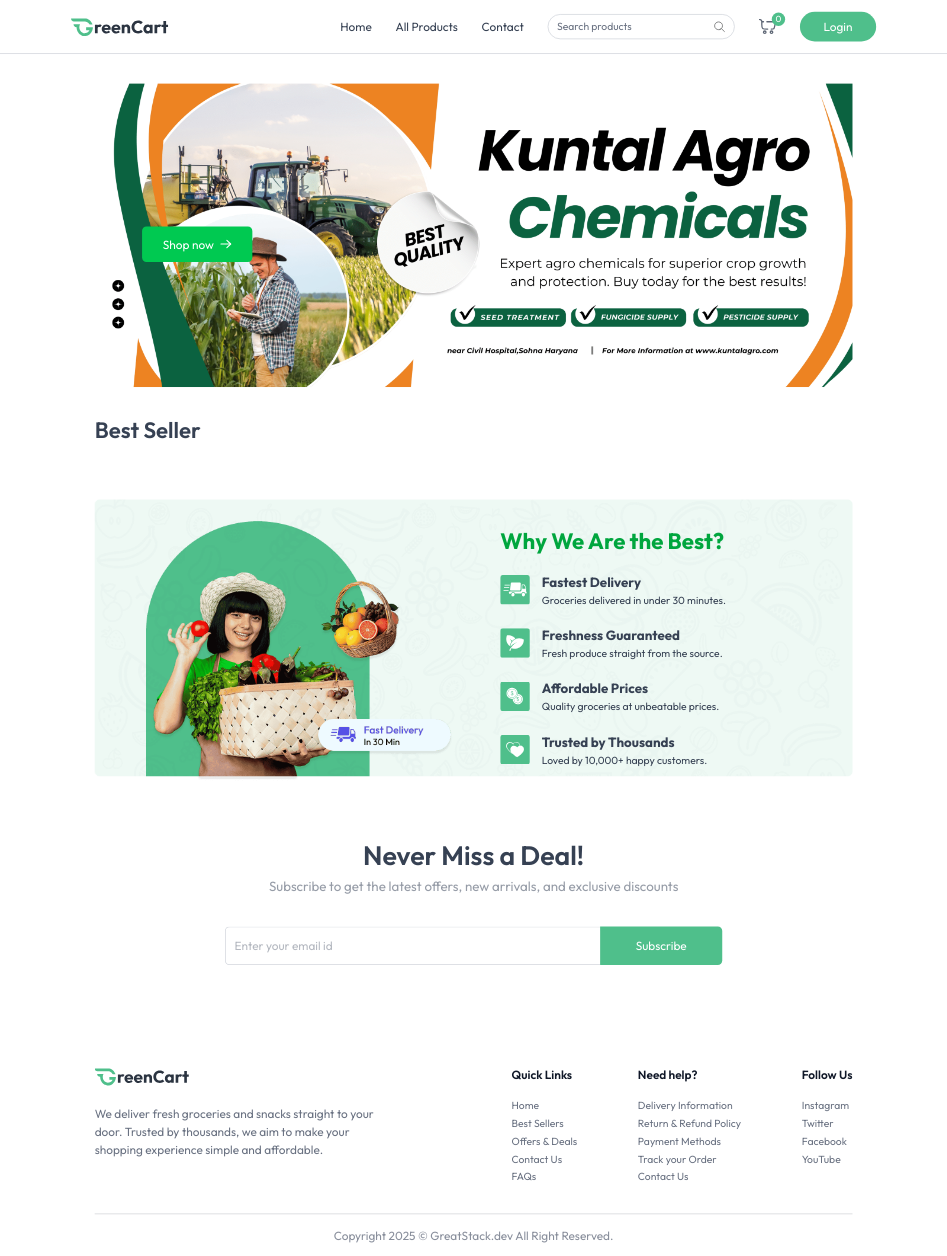
Repository: deepak445566/agro
Page: / (app in client/)
An editor plug-in stored every save of this project. The page is shown before and after a run of saves, followed by the edit.
The browser window is 1280 px wide. The pictures show the whole page, at 74% of full size.
The page's requests for data from a server got no answer. Some web fonts or font styles are not loaded; a fallback is used. The project was rebuilt for these pictures with package versions that can differ from the ones it lists, and the page was loaded fresh each time. No one was signed in, and anything a server would have sent is missing. Also part of the build but not shown: client/vite.config.js, client/src/components/ProductCard.jsx, client/src/components/Login.jsx, client/src/pages/AllProduct.jsx, client/src/pages/Productcato.jsx, client/src/pages/ProductDetail.jsx, client/src/pages/Cart.jsx, client/src/components/Addaddress.jsx and 7 more.

Above is the page before, as saved 2025-12-14 14:22:44.

After the next 3 saves:
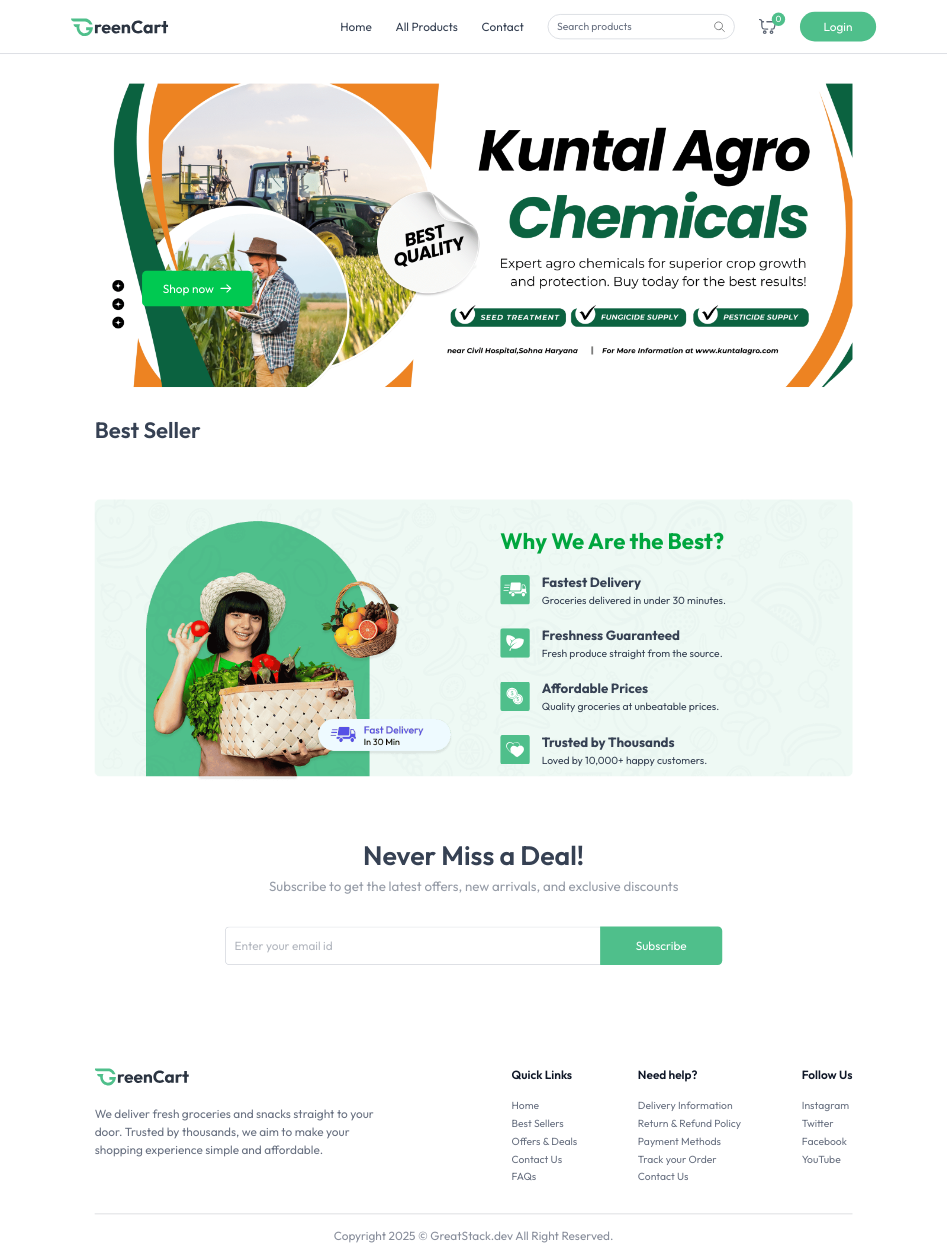
The 3 saves are shown as one change because they came seconds apart.
The last was saved 10 s later.
--- a/client/src/components/MainBanner.jsx
+++ b/client/src/components/MainBanner.jsx
@@ -18,11 +18,11 @@
       />
 
       {/* Overlay content */}
-      <div className="absolute inset-0 flex flex-col justify-center align-bottom md:items-start items-center px-6 md:px-16 mt-96 lg:mt-0 md:mt-0">
+      <div className="absolute inset-0 flex flex-col justify-center md:items-start items-center px-6 md:px-16 mt-96 lg:mt-0 md:mt-0">
 
 
         {/* Buttons */}
-        <div className="mt-6 flex flex-col md:flex-row items-center  md:justify-start gap-4">
+        <div className="mt-36 flex flex-col md:flex-row items-center  md:justify-start gap-4">
           <Link
             to="/products"
             className="flex items-center gap-2 px-7 py-3 bg-green-500 hover:bg-green-600 text-white rounded-md transition"
